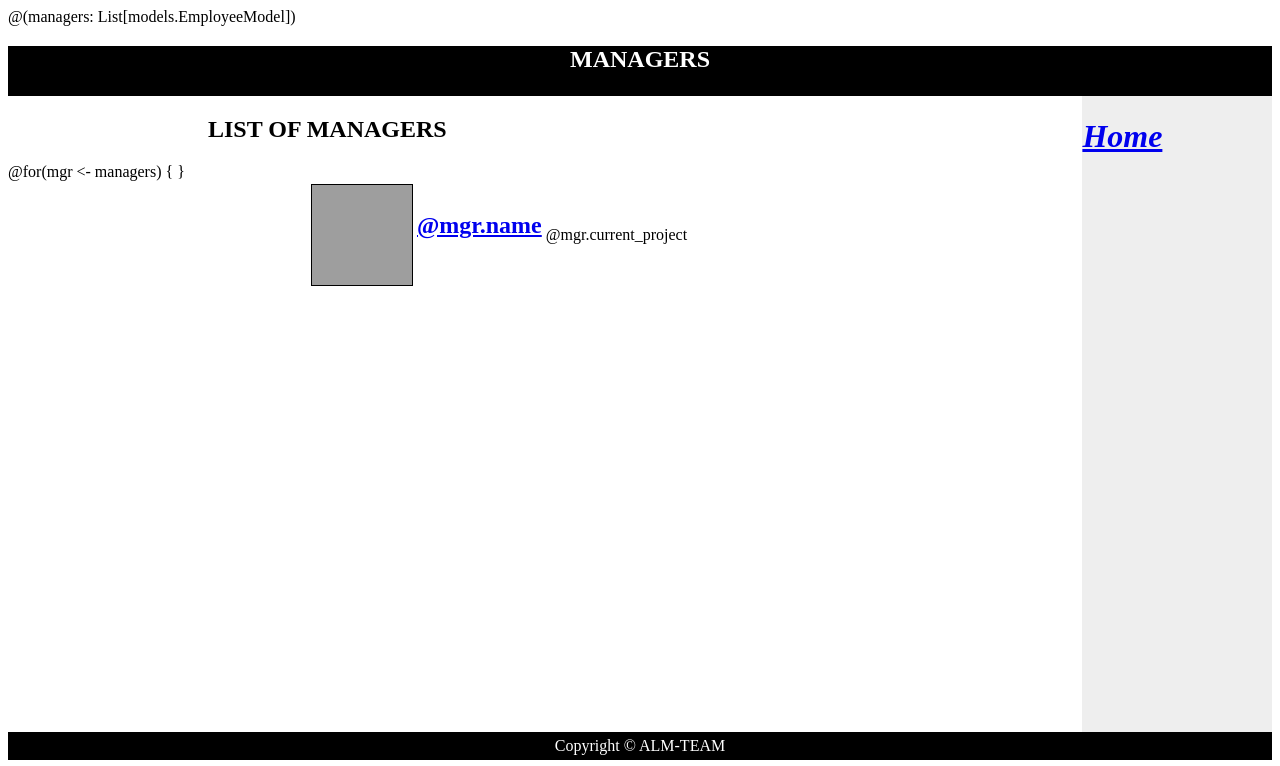
Repository: sumitkum200690/PLAY_SLICK
Page: Play_DB/app/views/managerPage.scala.html
An editor plug-in stored every save of this project. The page is shown before and after the next save, followed by the edit.
The browser window is 1280 px wide. The pictures show the whole page.
Pictures or frames that could not be fetched are drawn as grey boxes.

Above is the page before, as saved 2015-09-25 09:46:32.

After the next save:
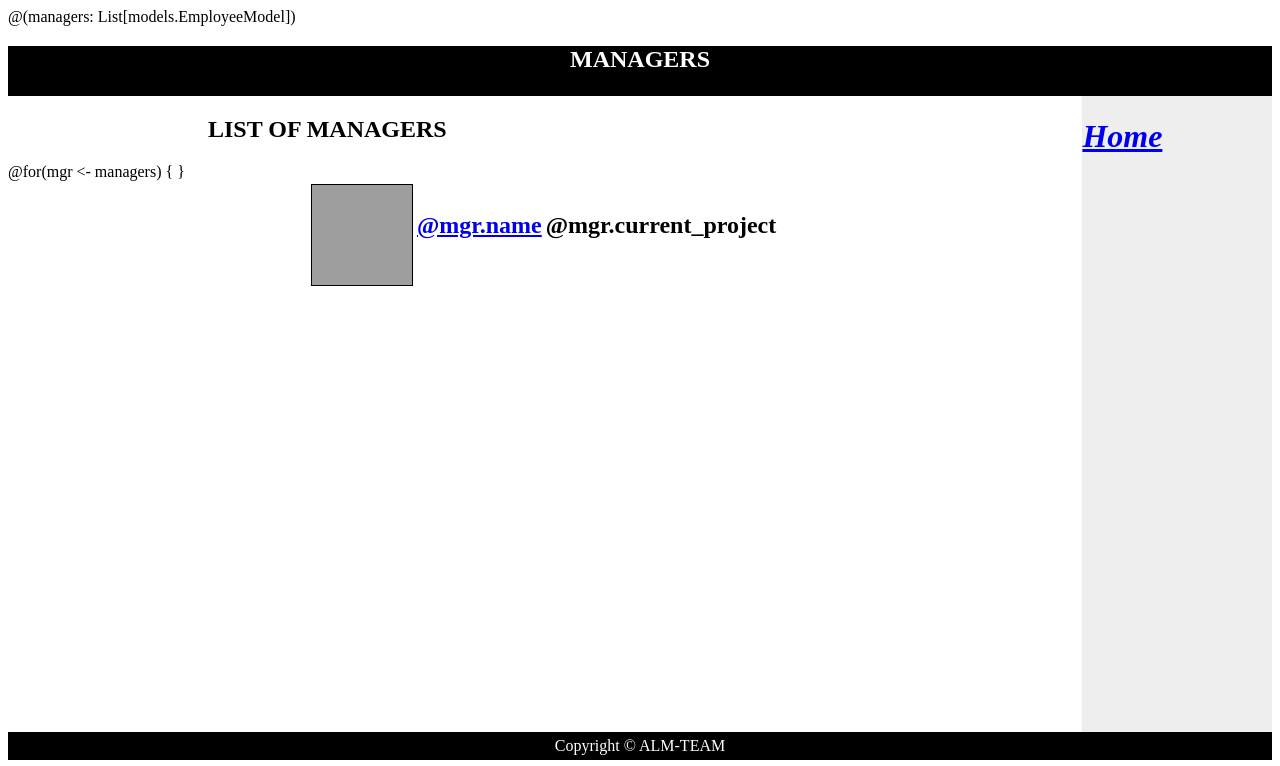
Saved 52 s later.
--- a/Play_DB/app/views/managerPage.scala.html
+++ b/Play_DB/app/views/managerPage.scala.html
@@ -124,7 +124,7 @@
 
 				<td><img src="/assets/images/@mgr.id@(".png")" alt="alt text" height="100" width="100" border="1"/></td>
 				<td><a href="/Reportees/@mgr.id"><h2>@mgr.name</h2></a></td>
-				<td> @mgr.current_project</td>
+				<td><h2> @mgr.current_project</h2></td>
 
 				</tr>
 
